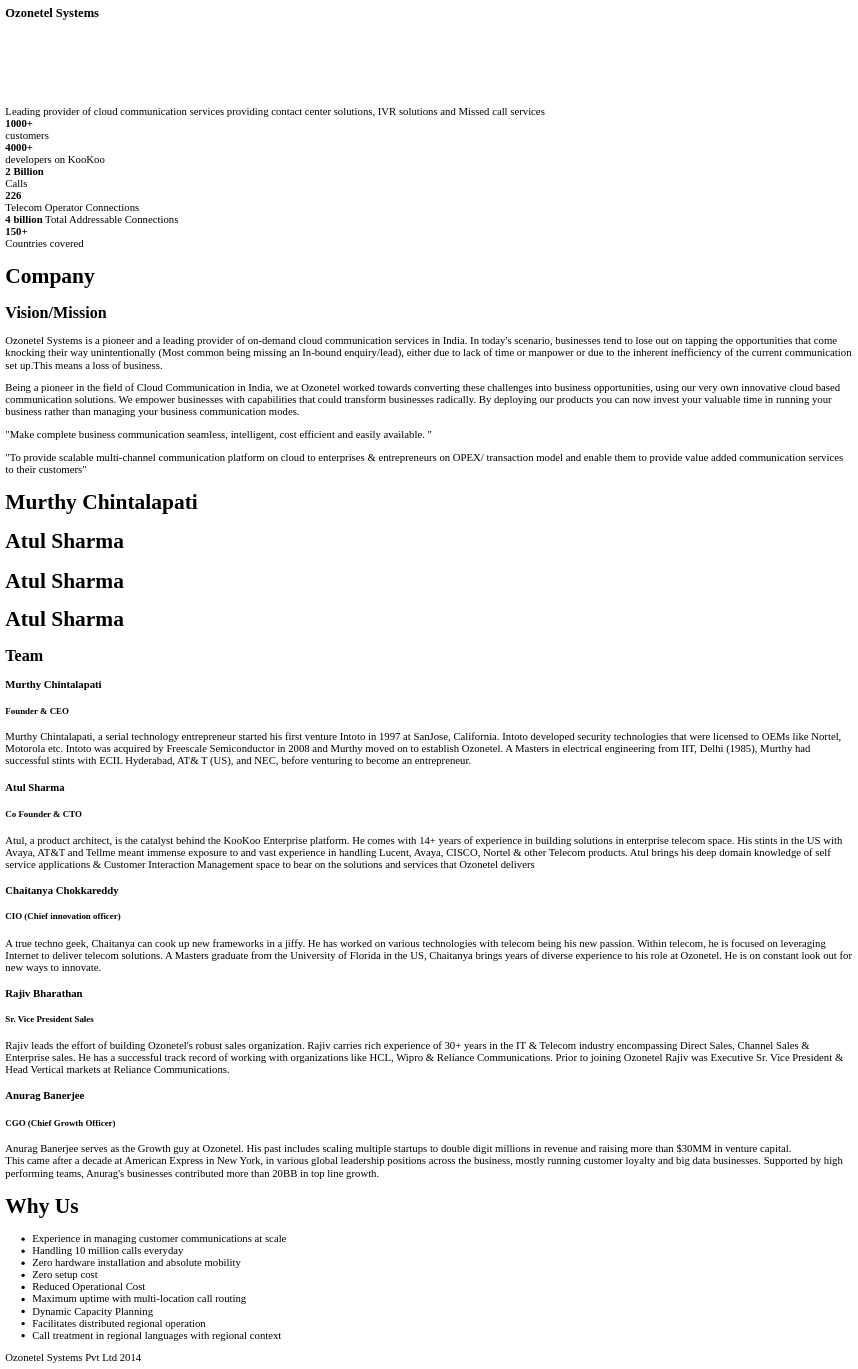
Repository: ashutosh238/ozonetelblogsite
Page: OzonetelBlogSiteFrontEnd/Web/c_aboutUs/AboutUs.html
The author's editor kept a copy of each file at every save. The page is drawn from the files as they stood at one save, then again after the next save.
The browser window is 1280 px wide. The pictures show the whole page, at 67% of full size.

Above is the page before, as saved 2019-01-08 11:18:45.

### OzonetelBlogSiteFrontEnd/Web/c_aboutUs/AboutUs.html
<div id="slider">
		<div class="container">
			<div class="row header">
				<div class="col-md-12">
				<h3>Ozonetel Systems</h3>
				<br>
				<br><br><br>
				<br><br>
					<div>
						Leading provider of cloud communication services providing contact center solutions, IVR solutions and Missed call services
					</div>

				</div>
			</div>
			<div id="info">
				<div class="row stats">
					<div class="col-sm-2">
						<strong>1000+</strong><br/>
						customers
					</div>
					<div class="col-sm-2">
						<strong>4000+</strong><br/>
						developers on KooKoo
					</div>
					<div class="col-sm-2">
						<strong>2 Billion</strong><br/>
						Calls
					</div>
					<div class="col-sm-2">
						<strong>226</strong><br/>
						Telecom Operator Connections
					</div>
					<div class="col-sm-2">
						<strong>4 billion</strong>
						 Total Addressable Connections
					</div>
					<div class="col-sm-2">
						<strong>150+</strong>
						<br/>Countries covered</div>
				</div>
			</div>

	<div id="info">
		<div class="container">
			<div class="row">
				<div class="col-md-6">
					<h1>Company</h1>
				</div>
				<div class="col-md-6">
					<h2>Vision/Mission</h2>
				</div>
			</div>
			<div class="row">
				<div class="col-md-6">
					<p>
						Ozonetel Systems is a pioneer and a leading provider of on-demand cloud communication services in India.
						In today's scenario, businesses tend to lose out on tapping the opportunities that come knocking their
						way unintentionally (Most common being missing an In-bound enquiry/lead),
						either due to lack of time or manpower or due to the inherent inefficiency of the current
						communication set up.This means a loss of business.
					</p>
					<p>
						Being a pioneer in the field of Cloud Communication in India,
						we at Ozonetel worked towards converting these challenges into business opportunities,
						using our very own innovative cloud based communication solutions.
						We empower businesses with capabilities that could transform businesses radically.
						By deploying our products you can now invest your valuable time in running your business rather
						than managing your business communication modes.
					</p>
				</div>
				<div class="col-md-6">
					<!--<p>Vision</p>-->
					<p>
						"Make complete business communication seamless,
 intelligent, cost efficient and easily available.
"
					</p>
					<!--<p>Mission</p>-->
					<p>"To provide scalable multi-channel
						communication platform on cloud to
						enterprises &
						entrepreneurs on OPEX/
						transaction model and enable
						them to provide value
						added communication services to their
						customers"
					</p>
				</div>
			</div>

		<div id="info">
		<div class="container">
			<div class="row">
				<div class="col-md-6">
					<h1>Murthy Chintalapati</h1>
				</div>
				<div class="col-md-6">
					<h1>Atul Sharma</h1>
				</div>
				<div class="col-md-6">
					<h1>Atul Sharma</h1>
				</div>
				<div class="col-md-6">
					<h1>Atul Sharma</h1>
				</div>
				</div>
				</div></div>

			<div class="col-md-6 team-row">
					<div class="col-md-6">
						<h2>Team</h2>
					</div>
					<div class="col-md-6">
						<p><h4 class="text-primary">Murthy Chintalapati</h4>
						<h5 class="text-primary">Founder & CEO</h5>
						Murthy Chintalapati, a serial technology entrepreneur started his first venture Intoto in 1997 at
						SanJose, California. Intoto developed security technologies that were licensed to OEMs like Nortel, Motorola etc.
						Intoto was acquired by Freescale Semiconductor in 2008 and Murthy moved on to establish Ozonetel.
						A Masters in electrical engineering from IIT, Delhi (1985), Murthy had successful stints with ECIL Hyderabad,
						AT& T (US), and NEC, before venturing to become an entrepreneur.
					</div></p>

						<h4 class="text-primary">Atul Sharma</h4>
						<h5 class="text-primary">Co Founder & CTO</h5>
					<p>	Atul, a product architect, is the catalyst behind the KooKoo Enterprise platform.
						He comes with 14+ years of experience in building solutions in enterprise telecom space.
						His stints in the US with Avaya, AT&T and Tellme meant immense exposure to and vast experience
						in handling Lucent, Avaya, CISCO, Nortel & other Telecom products.
						Atul brings his deep domain knowledge of self service applications & Customer Interaction Management
						space to bear on the solutions and services that Ozonetel delivers
					</p>
					<div class="col-md-6">
						<h4 class="text-primary">Chaitanya Chokkareddy</h4>
						<h5 class="text-primary">CIO (Chief innovation officer)</h5>
						A true techno geek, Chaitanya can cook up new frameworks in a jiffy.
						He has worked on various technologies with telecom being his new passion.
						Within telecom, he is focused on leveraging Internet to deliver telecom solutions.
						A Masters graduate from the University of Florida in the US, Chaitanya brings years of diverse experience to
						his role at Ozonetel.
						He is on constant look out for new ways to innovate.
					</div>
					<div class="col-md-6">
						<h4 class="text-primary">Rajiv Bharathan</h4>
						<h5 class="text-primary">Sr. Vice President Sales</h5>
						Rajiv leads the effort of building Ozonetel's robust sales organization.
						Rajiv carries rich experience of 30+ years in the IT & Telecom industry encompassing Direct Sales,
						Channel Sales & Enterprise sales. He has a successful track record of working with organizations
						like HCL, Wipro & Reliance Communications. Prior to joining Ozonetel Rajiv was Executive
						Sr. Vice President & Head Vertical markets at Reliance Communications.
					</div>
					<div class="col-md-6">
						<h4 class="text-primary">Anurag Banerjee</h4>
						<h5 class="text-primary">CGO (Chief Growth Officer)</h5>
						Anurag Banerjee serves as the Growth guy at Ozonetel. His past includes scaling multiple startups to double digit millions in revenue and raising more than $30MM in venture capital.<br/>This came after a decade at American Express in New York, in various global leadership positions across the business, mostly running customer loyalty and big data businesses.  Supported by high performing teams,  Anurag's businesses contributed more than 20BB in top line growth.
					</div>
				</div>
			</div>

		</div>
	</div>


	<div id="info">
		<div class="container">
			<div class="row">
					<div class="col-md-12">
						<h1>Why Us</h1>
					</div>
			</div>
			<div class="row">
				<div class="col-md-12">
						<ul>
							<li>Experience in managing customer communications at scale</li>
							<li>Handling 10 million calls everyday</li>
							<li>Zero hardware installation and absolute mobility</li>
							<li>Zero setup cost</li>
							<li>Reduced Operational Cost</li>
							<li>Maximum uptime with multi-location call routing</li>
							<li>Dynamic Capacity Planning</li>
							<li>Facilitates distributed regional operation</li>
							<li>Call treatment in regional languages with regional context</li>
						</ul>
				</div>
			</div>
		</div>
	</div>

	<div id="footer">
		<div class="container">
			<div class="row">
				<div class="col-sm-3 copyright">
					Ozonetel Systems Pvt Ltd 2014
				</div>

				</div>
			</div>
		</div>
	</div>

After the next save:
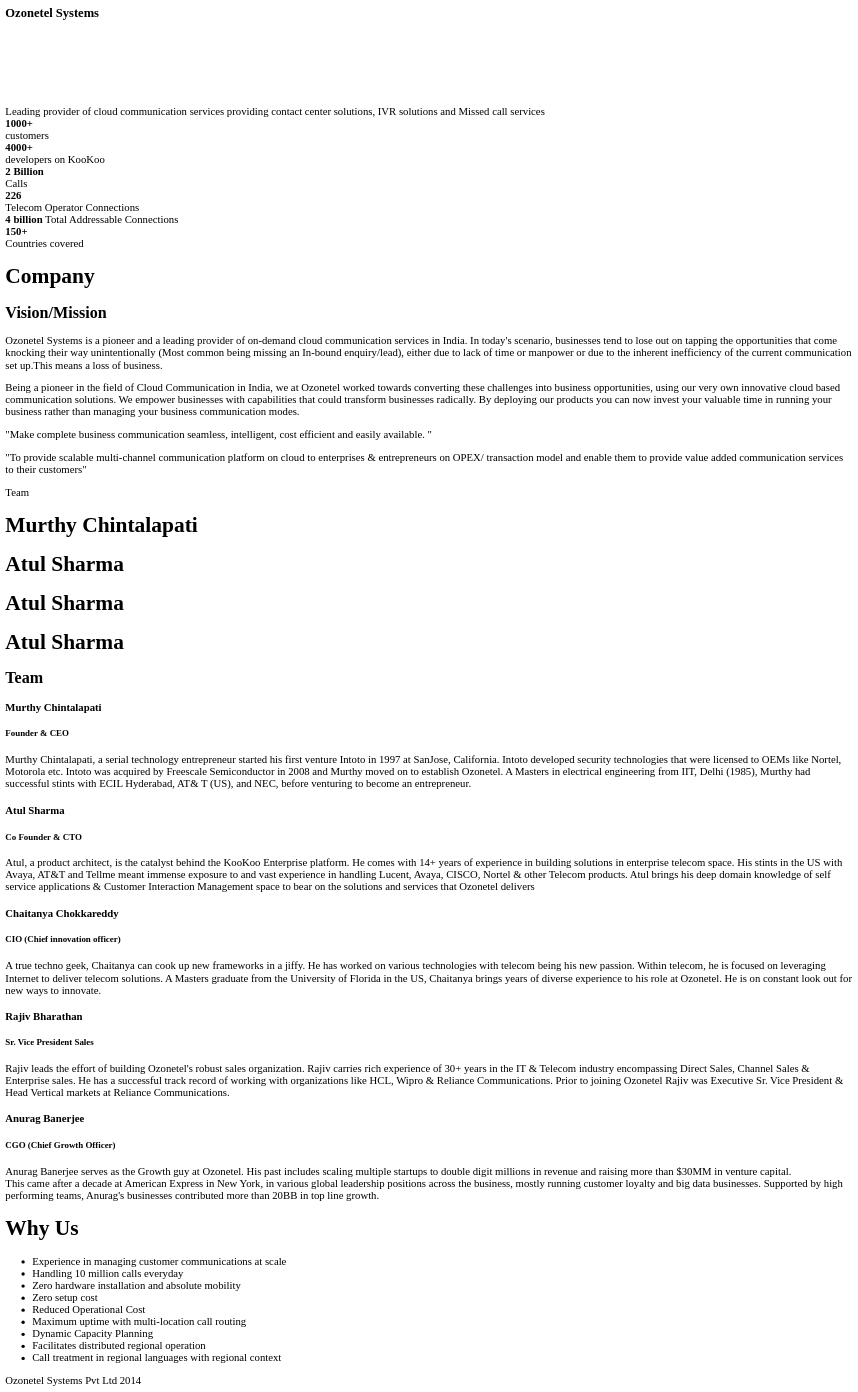
Saved 33 s later.
--- a/OzonetelBlogSiteFrontEnd/Web/c_aboutUs/AboutUs.html
+++ b/OzonetelBlogSiteFrontEnd/Web/c_aboutUs/AboutUs.html
@@ -87,6 +87,7 @@
 					</p>
 				</div>
 			</div>
+			<h>Team</h>
 
 		<div id="info">
 		<div class="container">
